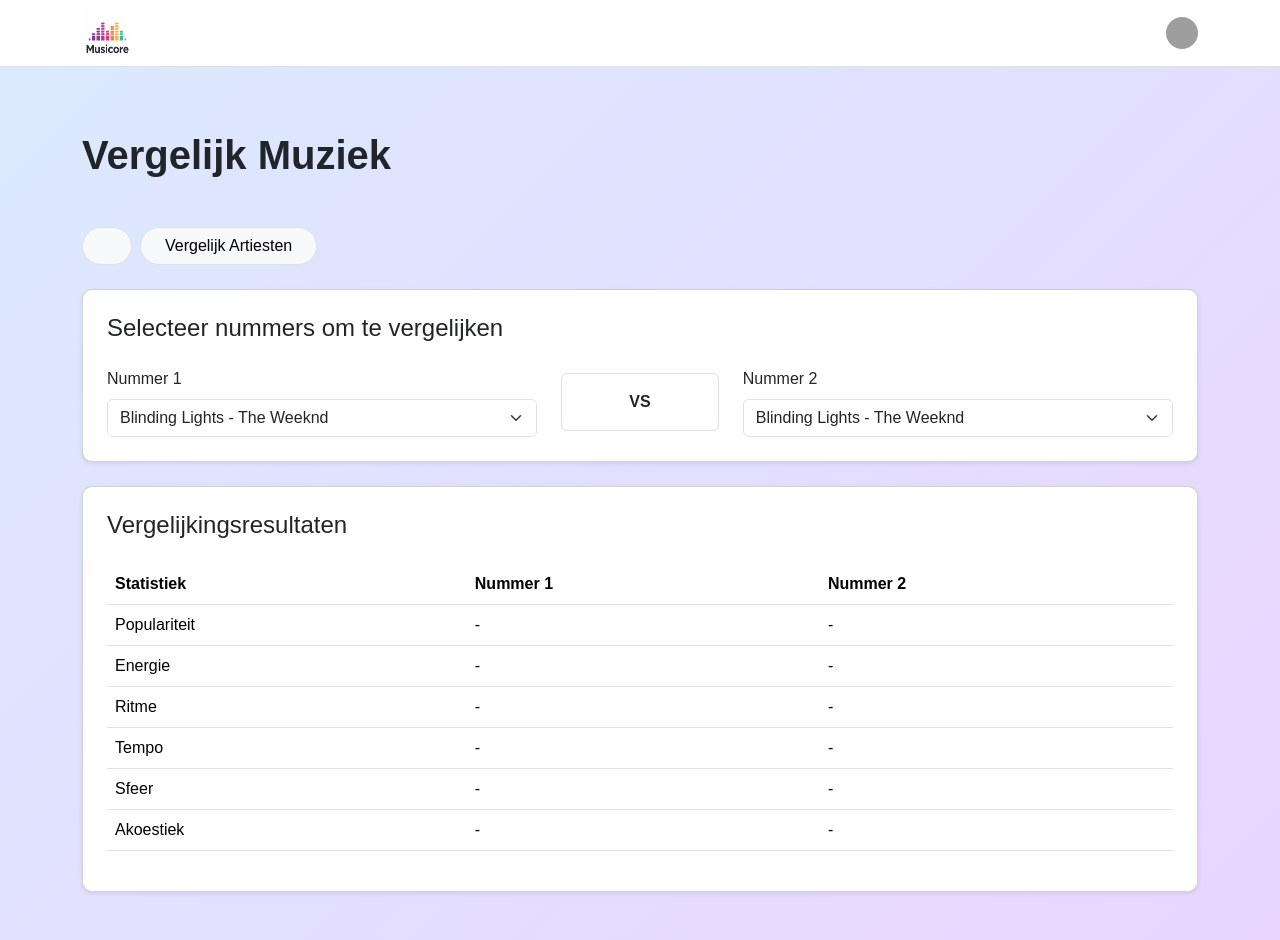
Repository: khadishat00/maskr
Page: maskr-frontend/compare.html
The author's editor kept a copy of each file at every save. The page is drawn from the files as they stood at one save, then again after the next save.
The browser window is 1280 px wide. The pictures show the whole page.
Pictures or frames that could not be fetched are drawn as grey boxes.

Above is the page before, as saved 2026-04-28 11:28:49.

After the next save:
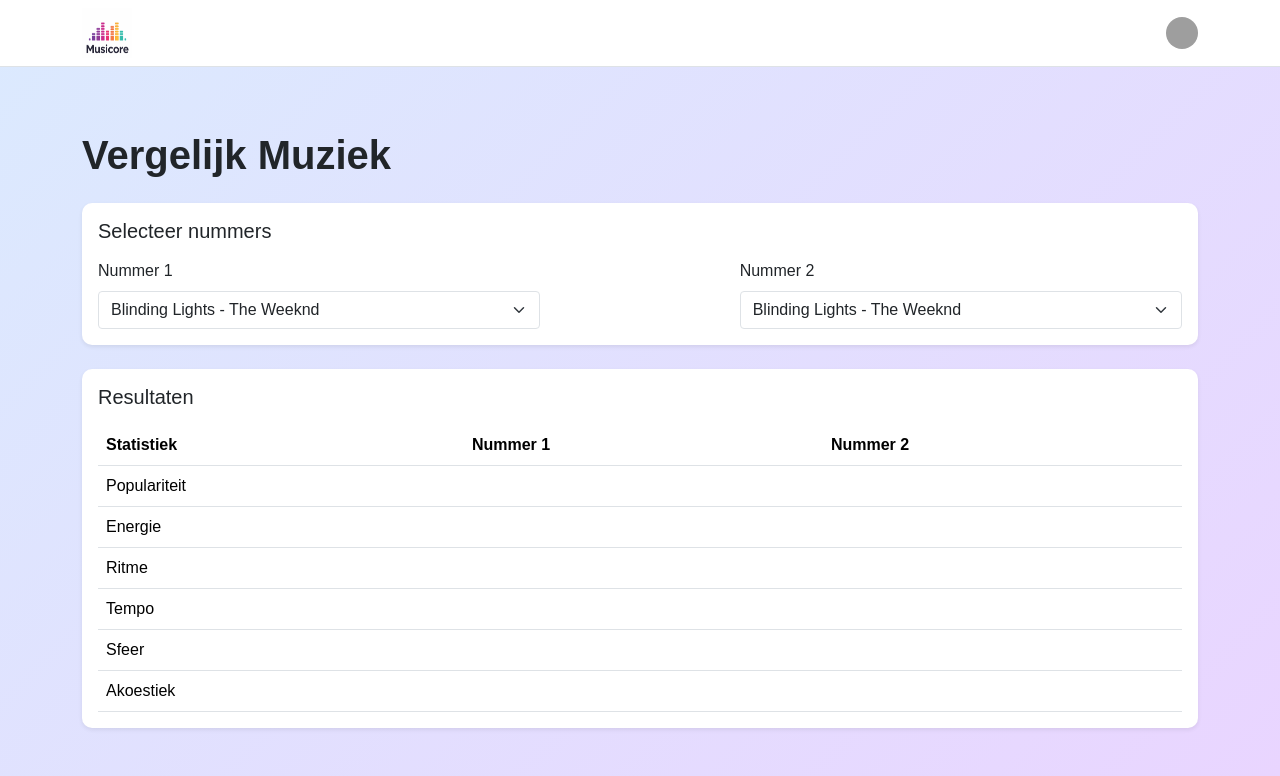
Saved 32 s later.
--- a/maskr-frontend/compare.html
+++ b/maskr-frontend/compare.html
@@ -40,83 +40,85 @@
     </div>
   </header>
   <body>
-    <div class="container py-5">
-      <header class="mb-5">
-        <h1 class="display-6 fw-bold">Vergelijk Muziek</h1>
-      </header>
-      <div class="mb-4">
-        <div class="d-flex gap-2">
-          <button class="btn btn-light border rounded-pill px-4"></button>
-          <button class="btn btn-light border rounded-pill px-4">
-            Vergelijk Artiesten
-          </button>
+<div class="container py-5">
+
+    <header class="mb-4">
+        <h1 class="fw-bold">Vergelijk Muziek</h1>
+    </header>
+
+    <div class="card p-3 mb-4 border-0 shadow-sm">
+        <h5 class="mb-3">Selecteer nummers</h5>
+
+        <div class="row g-3 align-items-end">
+
+            <div class="col-md-5">
+                <label class="form-label">Nummer 1</label>
+                <select id="song1" class="form-select rounded-1"></select>
+            </div>
+
+            <div class="col-md-2"></div>
+
+            <div class="col-md-5">
+                <label class="form-label">Nummer 2</label>
+                <select id="song2" class="form-select rounded-1"></select>
+            </div>
+
         </div>
-      </div>
-      <div class="card p-4 mb-4 shadow-sm">
-        <h4 class="mb-4">Selecteer nummers om te vergelijken</h4>
-        <div class="row align-items-center">
-          <div class="col-md-5">
-            <label class="form-label">Nummer 1</label>
-            <select id="song1" class="form-select">
-              <option value="">Kies een liedje</option>
-            </select>
-          </div>
-          <div class="col-md-2 text-center">
-            <div class="border rounded p-3 fw-bold">VS</div>
-          </div>
-          <div class="col-md-5">
-            <label class="form-label">Nummer 2</label>
-            <select id="song2" class="form-select">
-              <option value="">Kies een liedje</option>
-            </select>
-          </div>
-        </div>
-      </div>
-      <div class="card p-4 shadow-sm">
-        <h4 class="mb-4">Vergelijkingsresultaten</h4>
-        <table class="table align-middle">
-          <thead>
-            <tr>
-              <th>Statistiek</th>
-              <th id="title1">Nummer 1</th>
-              <th id="title2">Nummer 2</th>
-            </tr>
-          </thead>
-          <tbody>
-            <tr>
-              <td>Populariteit</td>
-              <td id="pop1">-</td>
-              <td id="pop2">-</td>
-            </tr>
-            <tr>
-              <td>Energie</td>
-              <td id="energy1">-</td>
-              <td id="energy2">-</td>
-            </tr>
-            <tr>
-              <td>Ritme</td>
-              <td id="dance1">-</td>
-              <td id="dance2">-</td>
-            </tr>
-            <tr>
-              <td>Tempo</td>
-              <td id="tempo1">-</td>
-              <td id="tempo2">-</td>
-            </tr>
-            <tr>
-              <td>Sfeer</td>
-              <td id="mood1">-</td>
-              <td id="mood2">-</td>
-            </tr>
-            <tr>
-              <td>Akoestiek</td>
-              <td id="acoustic1">-</td>
-              <td id="acoustic2">-</td>
-            </tr>
-          </tbody>
+    </div>
+
+    <div class="card p-3 border-0 shadow-sm">
+        <h5 class="mb-3">Resultaten</h5>
+
+        <table class="table align-middle mb-0">
+            <thead>
+                <tr>
+                    <th>Statistiek</th>
+                    <th id="title1">Nummer 1</th>
+                    <th id="title2">Nummer 2</th>
+                </tr>
+            </thead>
+
+            <tbody>
+                <tr>
+                    <td>Populariteit</td>
+                    <td id="pop1"></td>
+                    <td id="pop2"></td>
+                </tr>
+
+                <tr>
+                    <td>Energie</td>
+                    <td id="energy1"></td>
+                    <td id="energy2"></td>
+                </tr>
+
+                <tr>
+                    <td>Ritme</td>
+                    <td id="dance1"></td>
+                    <td id="dance2"></td>
+                </tr>
+
+                <tr>
+                    <td>Tempo</td>
+                    <td id="tempo1"></td>
+                    <td id="tempo2"></td>
+                </tr>
+
+                <tr>
+                    <td>Sfeer</td>
+                    <td id="mood1"></td>
+                    <td id="mood2"></td>
+                </tr>
+
+                <tr>
+                    <td>Akoestiek</td>
+                    <td id="acoustic1"></td>
+                    <td id="acoustic2"></td>
+                </tr>
+            </tbody>
         </table>
-      </div>
     </div>
+
+</div>
 
     <script src="js/compare.js"></script>
   </body>
